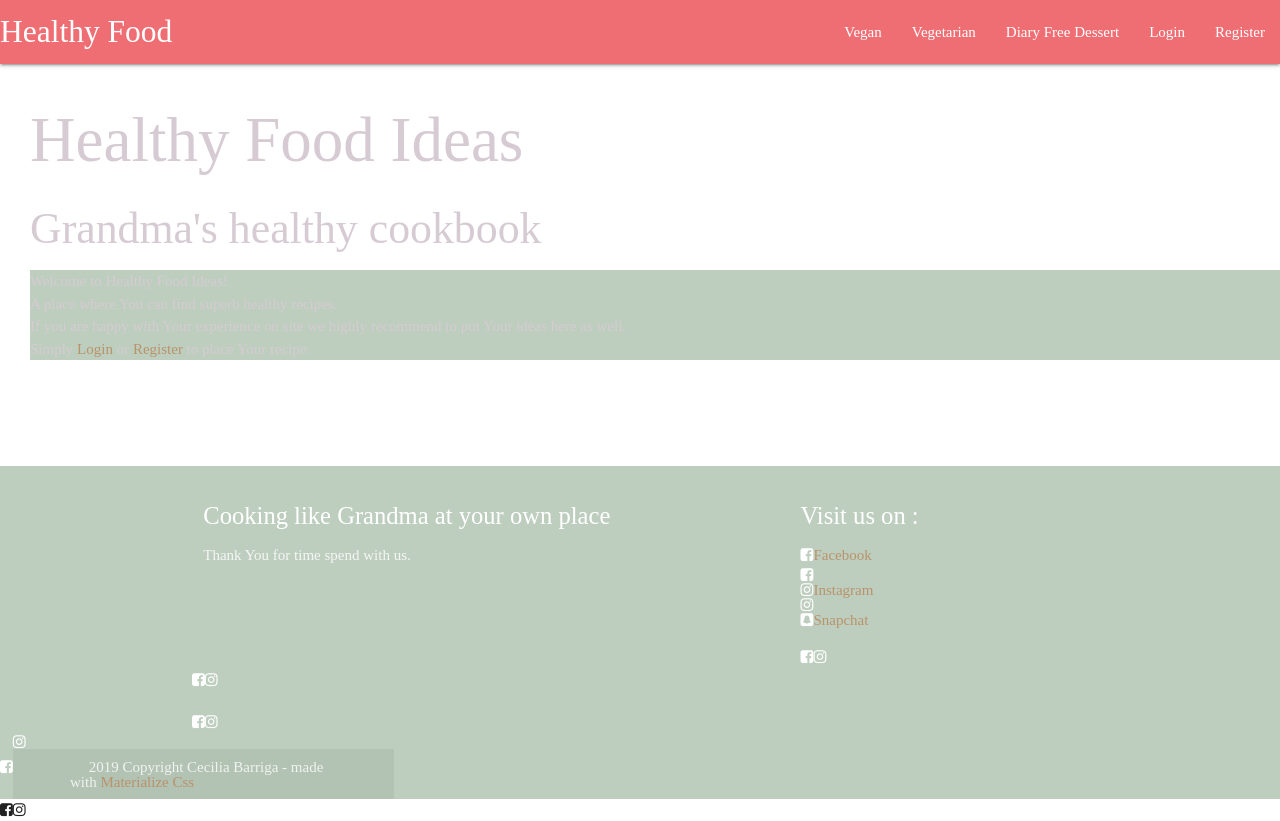
Repository: cesole/cookbook
Page: http://localhost/
The author's editor kept a record of every edit. The page is drawn from the files as they stood at one moment, then again after the next edit.
The browser window is 1280 px wide. The pictures show the whole page.
Some web fonts or font styles are not loaded; a fallback is used. The page is served by the project's application, run on Flask 3 (app.py).

Above is the page before.
Console error: TypeError: Cannot read properties of undefined (reading 'offsetHeight')

After the next edit:
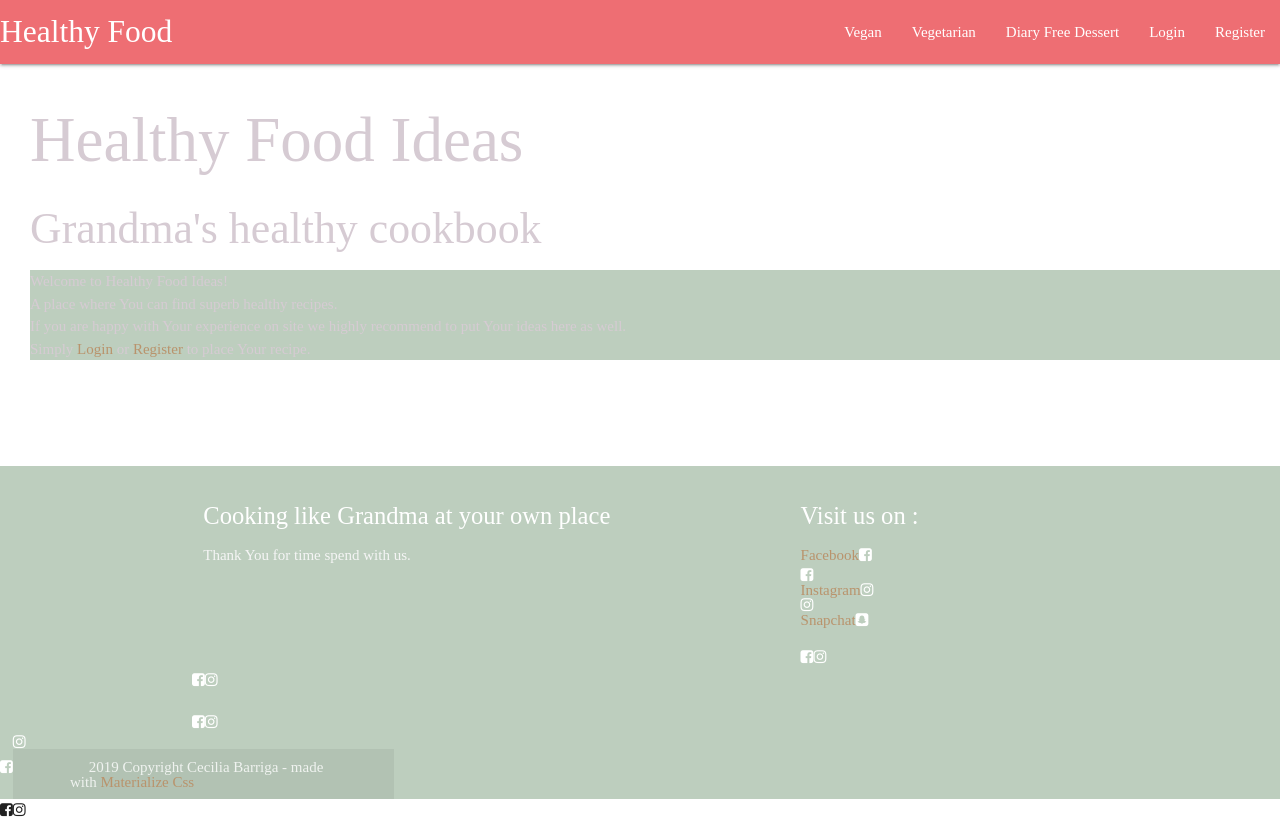
The edit:
--- a/templates/base.html
+++ b/templates/base.html
@@ -67,9 +67,9 @@
                 <div class="col l4 offset-l2 s12">
                     <h5 class="white-text">Visit us on :</h5>
                     <ul>
-                      <li><i class="fa fa-facebook-square"><a class="orange-text text-lighten-3" href="https://www.facebook.com/" target=_blank>Facebook</a></li>
-                      <li><i class="fa fa-instagram"><a class="orange-text text-lighten-3" href="https://www.instagram.com/" target=_blank>Instagram</a></li>
-                      <li><i class="fa fa-snapchat-square"></i><a class="orange-text text-lighten-3" href="https://www.snapchat.com/" target=_blank>Snapchat</a></li>
+                      <li><a class="orange-text text-lighten-3" href="https://www.facebook.com/" target=_blank>Facebook</a><i class="fa fa-facebook-square"></li>
+                      <li><a class="orange-text text-lighten-3" href="https://www.instagram.com/" target=_blank>Instagram</a><i class="fa fa-instagram"></li>
+                      <li><a class="orange-text text-lighten-3" href="https://www.snapchat.com/" target=_blank>Snapchat</a><i class="fa fa-snapchat-square"></i></li>
                     </ul>
                 </div>
             </div>
